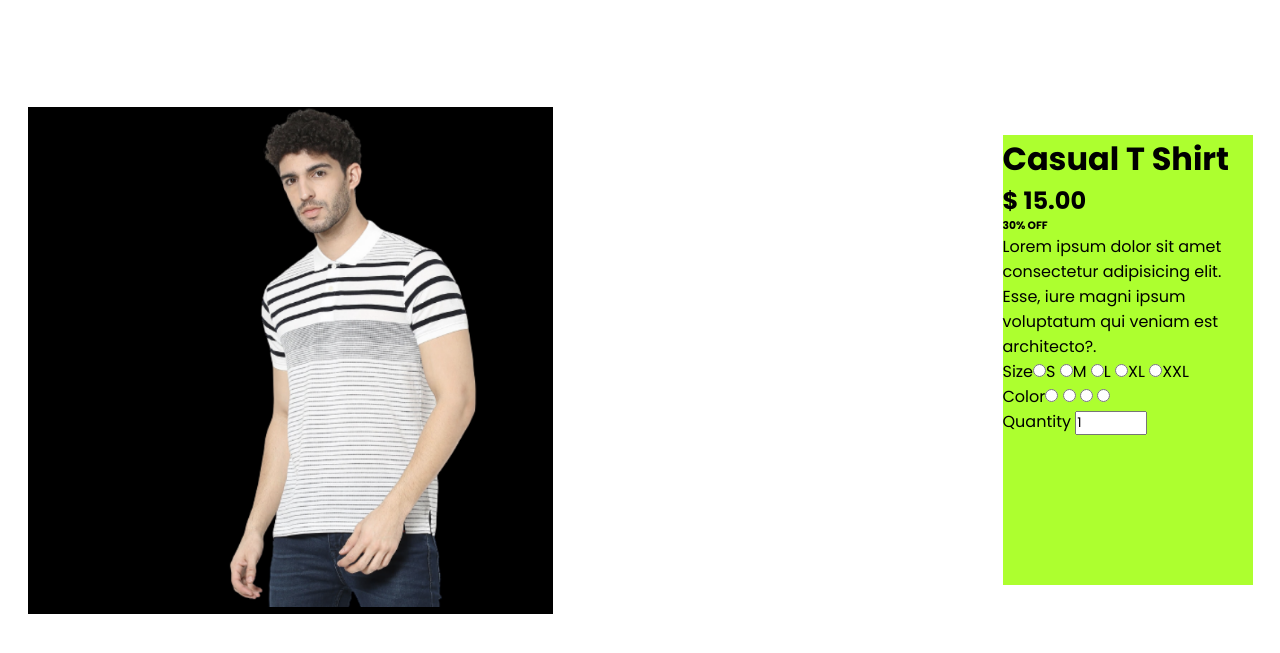
Repository: Ankitkr2021/Product-Page
Page: index.html
These files come from the project's save history. The page is drawn as it stood at one moment and after the next save; the edit follows.
The browser window is 1280 px wide. The pictures show the whole page.

Above is the page before, as saved 2025-10-24 10:25:25.

After the next save:
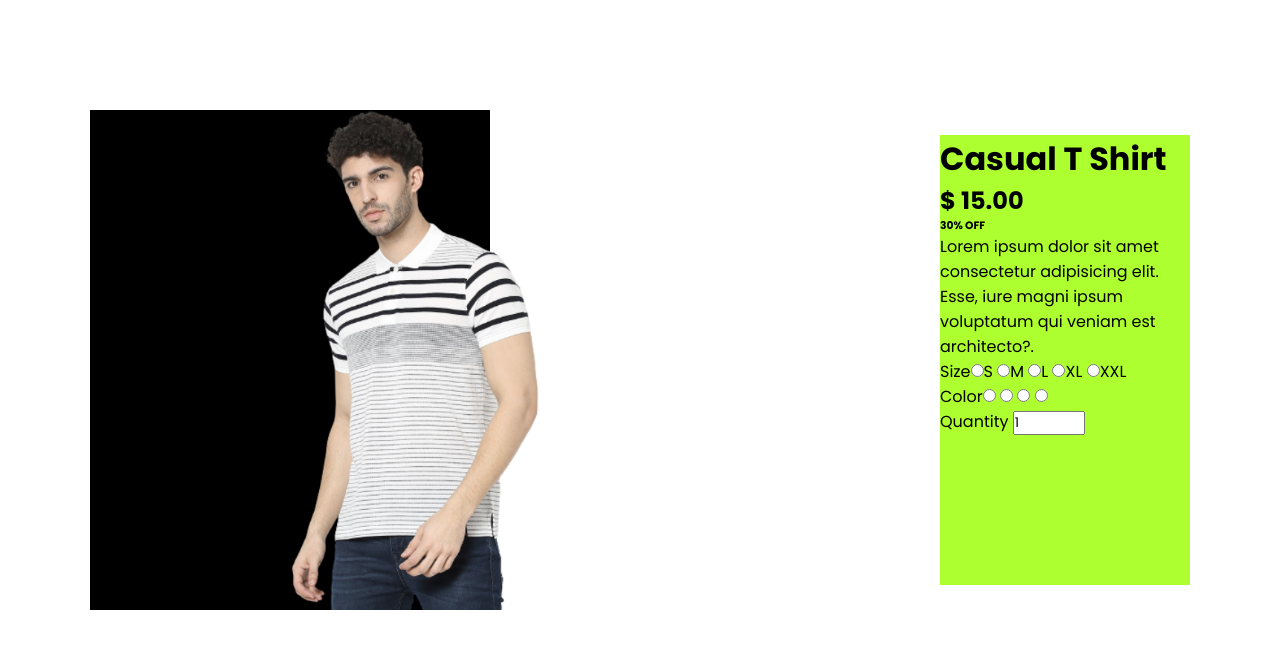
Saved 6 s later.
--- a/style.css
+++ b/style.css
@@ -16,6 +16,8 @@
 }
 
 .left {
+    height: 500px;
+    width: 400px;
     background: #000;
     padding-left: 125px;
 }

After the save that followed:
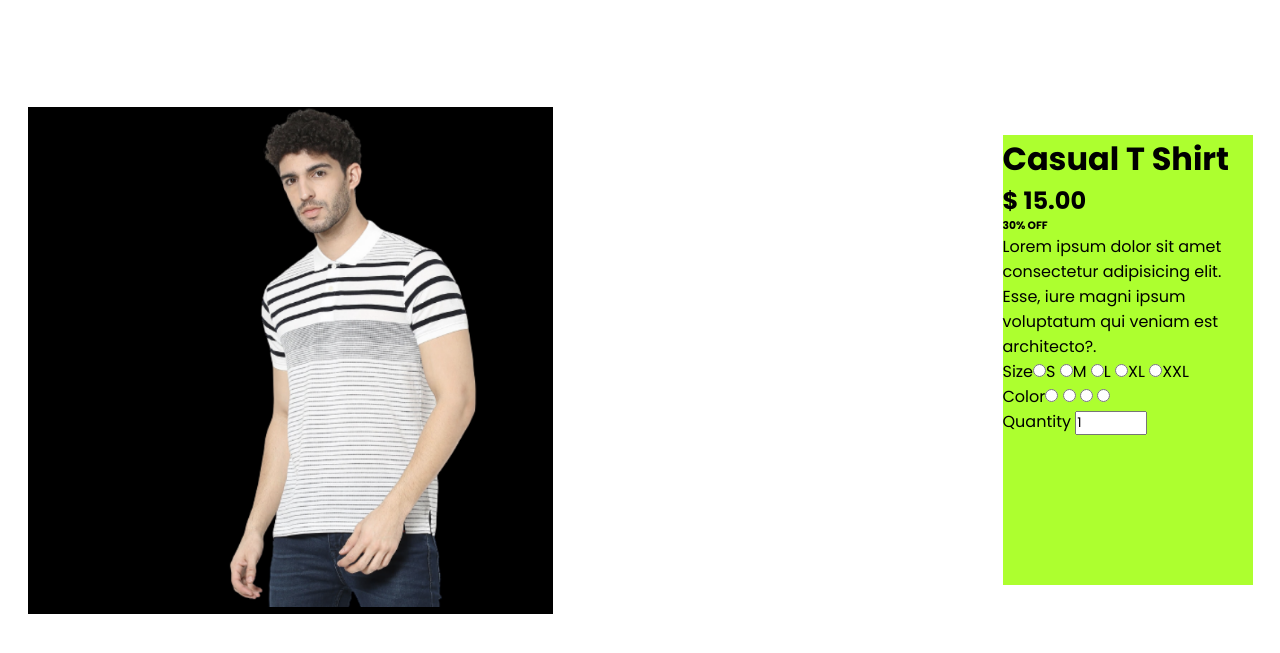
Saved 13 s later.
--- a/style.css
+++ b/style.css
@@ -16,8 +16,6 @@
 }
 
 .left {
-    height: 500px;
-    width: 400px;
     background: #000;
     padding-left: 125px;
 }
